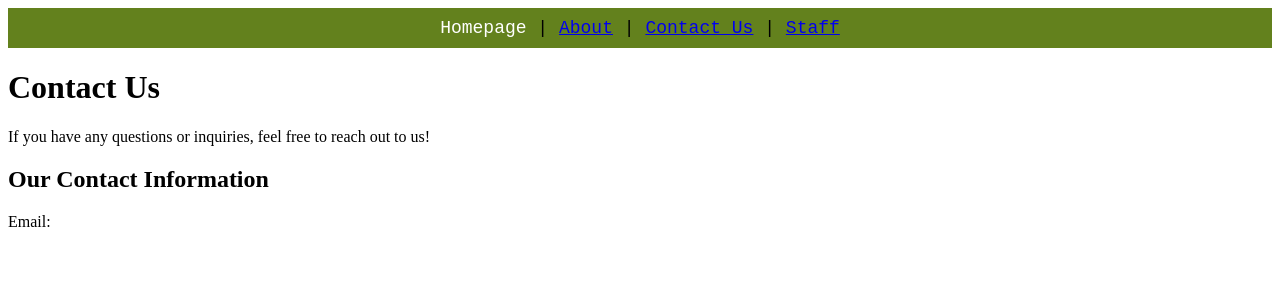
Repository: ficotims/HTML-RESTART
Page: Contact us.html
An editor plug-in stored every save of this project. The page is shown before and after the next save, followed by the edit.
The browser window is 1280 px wide. The pictures show the whole page.

Above is the page before, as saved 2026-02-08 14:02:46.

After the next save:
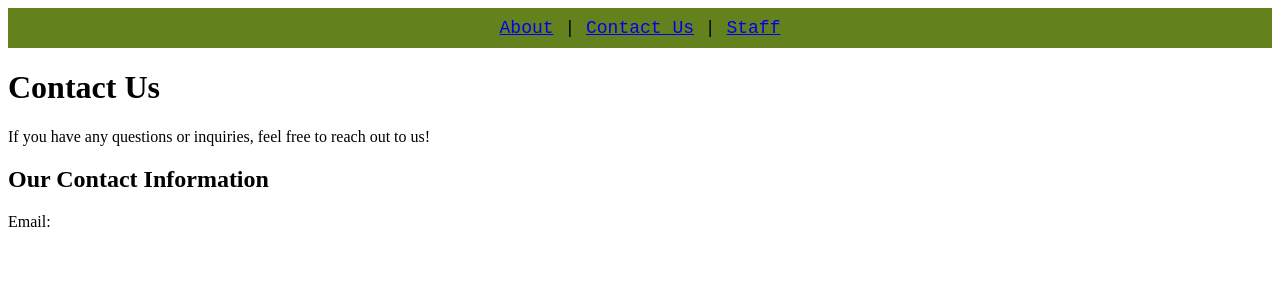
Saved 63 s later.
--- a/Contact us.html
+++ b/Contact us.html
@@ -8,7 +8,7 @@
     <body>
           <!-- NAVIGATION SECTION -->
  <div style="background-color: rgb(99, 129, 29); padding: 10px; text-align: center; font-size: 18px; font-family: monospace, Lemon milk;">
-    <a href="Homepage.html" style="color: rgb(255, 255, 255); text-decoration: none;">Homepage</a> |
+    <a href="Homepage.html" style="color: rgb(255, 255, 255)>Homepage</a> |
     <a href="about.html">About</a> | <a href="Contact us.html">Contact Us</a> |
     <a href="staff.html">Staff</a>
      </div>

After the 2 saves that followed:
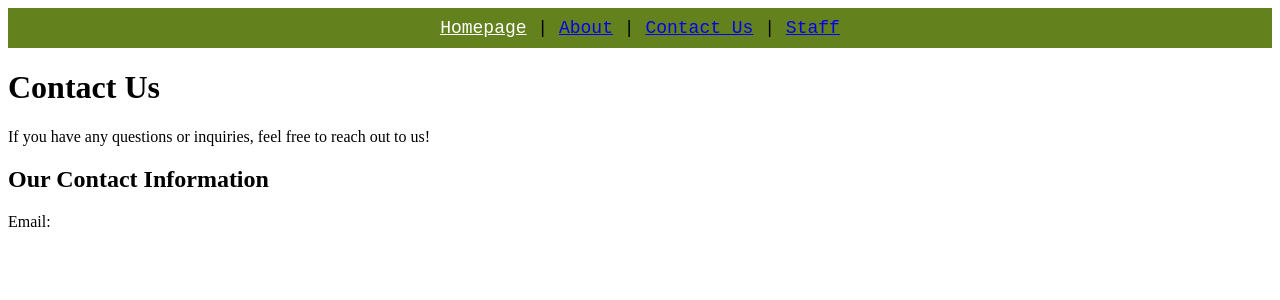
The 2 saves are shown as one change because 1 left the picture as it was.
The last was saved 61 s later.
--- a/Contact us.html
+++ b/Contact us.html
@@ -8,7 +8,7 @@
     <body>
           <!-- NAVIGATION SECTION -->
  <div style="background-color: rgb(99, 129, 29); padding: 10px; text-align: center; font-size: 18px; font-family: monospace, Lemon milk;">
-    <a href="Homepage.html" style="color: rgb(255, 255, 255)>Homepage</a> |
+    <a href="Homepage.html" style="color: white;">Homepage</a> |
     <a href="about.html">About</a> | <a href="Contact us.html">Contact Us</a> |
     <a href="staff.html">Staff</a>
      </div>
